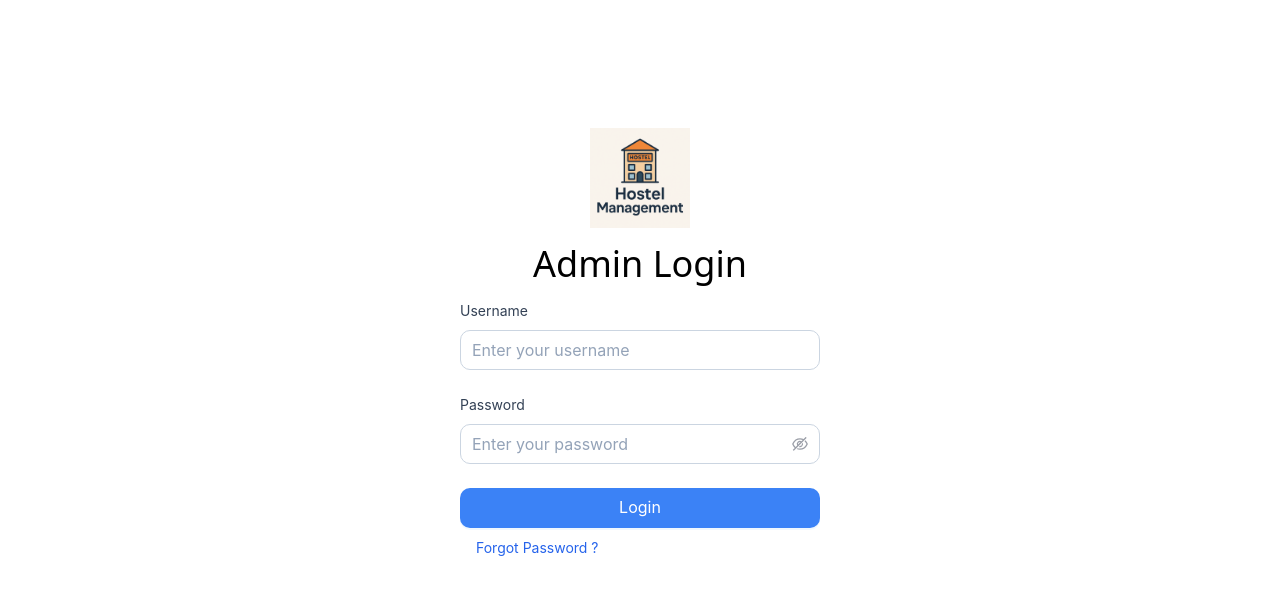
Repository: sujal984/Hostel-Management-System
Page: /Admin/login (app in frontend/)
An editor plug-in stored every save of this project. The page is shown before and after the next save, followed by the edit.
The browser window is 1280 px wide. The pictures show the whole page.
The project was rebuilt for these pictures with package versions that can differ from the ones it lists, and the page was loaded fresh each time. Also part of the build but not shown: frontend/vite.config.js, frontend/src/components/ProtectedRoute.jsx, frontend/src/components/Acceptedapplication.jsx, frontend/src/components/AdminDashboard.jsx, frontend/src/components/StepForms.jsx, frontend/src/components/ApplicationForm.jsx, frontend/src/components/TrackStatus.jsx, frontend/src/components/Temporary.jsx and 3 more.

Above is the page before, as saved 2025-08-02 17:23:32.

### frontend/index.html
<!DOCTYPE html>
<html lang="en">
  <head>
    <meta charset="UTF-8" />
    <link
      rel="icon"
      type="image/svg+xml"
      href="/ChatGPT Image May 22, 2025, 12_02_14 PM.png"
    />
    <meta name="viewport" content="width=device-width, initial-scale=1.0" />
    <title>Hostel Management</title>
  </head>
  <body>
    <div id="root"></div>
    <script type="module" src="/src/main.jsx"></script>
  </body>
</html>

### frontend/src/main.jsx
import { createRoot } from "react-dom/client";
import { FormProvider } from "./components/FormContext.jsx";
import theme from "./theme.json";
import { ConfigProvider } from "antd";
import "./index.css";
import App from "./App.jsx";
import { BrowserRouter } from "react-router-dom";
import "@ant-design/v5-patch-for-react-19";
createRoot(document.getElementById("root")).render(
  <BrowserRouter>
    <ConfigProvider theme={theme}>
      <FormProvider>
        <App />
      </FormProvider>
    </ConfigProvider>
  </BrowserRouter>
);

### frontend/src/components/FormContext.jsx
// src/context/FormContext.jsx
import { createContext, useContext, useState } from "react";

const FormContext = createContext();

export const useFormContext = () => useContext(FormContext);

export const FormProvider = ({ children }) => {
  const [formData, setFormData] = useState({});
  const resetForm = () => setFormData({});

  return (
    <FormContext.Provider value={{ formData, setFormData, resetForm }}>
      {children}
    </FormContext.Provider>
  );
};

### frontend/src/theme.json
{
  "token": {
    "colorPrimary": "#3b82f6",
    "colorInfo": "#2563eb",
    "colorSuccess": "#22c55e",
    "colorWarning": "#facc15",
    "colorError": "#ef4444",

    "colorTextBase": "#1e293b",
    "colorBgBase": "#f8fafc",
    "colorBgContainer": "#ffffff",

    "fontFamily": "Inter, -apple-system, BlinkMacSystemFont, Segoe UI, Roboto, Helvetica Neue, Arial, sans-serif",
    "fontSize": 14,

    "borderRadius": 8,
    "colorBorder": "#e2e8f0",
    "colorTextPlaceholder": "#94a3b8"
  },

  "components": {
    "Button": {
      "controlHeight": 40,
      "colorPrimaryHover": "#2563eb",
      "colorPrimaryActive": "#1d4ed8"
    },
    "Table": {
      "colorBgContainer": "#ffffff",
      "colorBorderSecondary": "#e5e7eb",
      "headerBg": "#f1f5f9",
      "headerColor": "#0f172a"
    },
    "Form": {
      "labelColor": "#334155",
      "colorText": "#1e293b"
    },
    "Input": {
      "controlHeight": 50,
      "paddingInline": 16,
      "paddingBlock": 10,
      "borderRadius": 10,
      "colorBgContainer": "#ffffff",
      "colorBorder": "#cbd5e1",
      "colorText": "#0f172a"
    },
    "Steps": {
      "colorPrimary": "#3b82f6",
      "colorSplit": "#e2e8f0"
    },
    "Result": {
      "titleFontSize": 24,
      "subtitleFontSize": 16,
      "colorText": "#334155"
    },
    "Link": {
      "colorText": "#2563eb",
      "colorTextHover": "#1d4ed8",
      "colorTextActive": "#1e40af"
    },
    "Card": {
      "colorBgContainer": "#ffffff",
      "boxShadow": "0 4px 12px rgba(0, 0, 0, 0.05)",
      "borderRadius": 12,
      "padding": 24,
      "headerFontSize": 18,
      "colorTextHeading": "#0f172a"
    }
  }
}

### frontend/src/index.css
* {
  margin: 0;
  padding: 0;
}
@import "tailwindcss";

### frontend/src/App.jsx
import ProtectedRoute from "./components/ProtectedRoute";

import { WithHelmet } from "./helper/WithHelmet";
import { Routes, Route, Navigate } from "react-router-dom";
import { ROUTES } from "./constant/ROUTE";
import Page404 from "./components/Page404";
// import "./App.css";

function App() {
  const isAdminLoggedIn = localStorage.getItem("admin_logged_in") === "true";

  return (
    <Routes>
      {Object.values(ROUTES).map((route) => {
        const withHelmetComponent = WithHelmet(route.component, route.title);
        const Component = withHelmetComponent;

        // console.log(route.title);

        if (route.path === "/Admin/login") {
          // If logged in and on /Admin/login, redirect manually to dashboard
          if (isAdminLoggedIn) {
            return (
              <Route
                key={route.path}
                path={route.path}
                element={<Navigate to="/Admin/dashboard" replace />}
              />
            );
          } else {
            return (
              <Route
                key={route.path}
                path={route.path}
                element={<Component title={route.title} />}
              />
            );
          }
        }

        if (
          route.path === "/Admin/dashboard" ||
          (route.path.startsWith("/Admin/") && route.path !== "/Admin/login")
        ) {
          return (
            <Route
              key={route.path}
              path={route.path}
              element={
                <ProtectedRoute>
                  <Component title={route.title} />
                </ProtectedRoute>
              }
            />
          );
        }

        return (
          <Route
            key={route.path}
            path={route.path}
            element={<Component title={route.title} />}
          />
        );
      })}

      <Route path="*" element={<Page404 />} />
    </Routes>
  );
}

export default App;

### frontend/src/helper/WithHelmet.jsx
import { Helmet } from "react-helmet";

// Higher-Order Component with Helmet
export function WithHelmet(Component, title) {
  return function WrappedComponent(props) {
    return (
      <>
        <Helmet>
          <title>{title}</title>
        </Helmet>
        <Component {...props} />
      </>
    );
  };
}

### frontend/src/constant/ROUTE.js
import AcceptedApplication from "../components/Acceptedapplication";
import AdminDashboard from "../components/AdminDashboard";
import AdminLogin from "../components/AdminLogin";
import ApplicationForm from "../components/ApplicationForm";
import TrackStatus from "../components/TrackStatus";
import Temporary from "../components/Temporary";
import ApplicationDetail from "../components/ApplicationDetail";
import ForgotPassword from "../components/ForgotPassword";

export const ROUTES = {
  ApplicationForm: {
    path: "/",
    component: ApplicationForm,
    title: "Application Form",
    heading: "Application Form",
  },
  AdminLogin: {
    path: "/Admin/login",
    component: AdminLogin,
    title: "Admin Login",
    heading: "Admin Login",
    description: "Its a  admin login page",
  },
  ForgotPassword: {
    path: "/Admin/forgot",
    component: ForgotPassword,
    title: "Forgot Password",
  },
  Tracking: {
    path: "/User/Application/status",
    component: TrackStatus,
    title: "Application Tracking",
    heading: "Application Tracking",
  },

  Admin_Dashborad: {
    path: "/Admin/dashboard",
    component: AdminDashboard,
    title: "Admin Dashboard",
    heading: "Admin Dashboard",
  },
  Accepted_Applications: {
    path: "/Admin/accepted-applications",
    component: AcceptedApplication,
    title: "Accepted Applications",
    heading: "Accepted Applications",
  },
  Application_Detail: {
    path: `/Admin/Application/detail/:id`,
    component: ApplicationDetail,
    title: "Application Detail",
    heading: "Application Detail",
  },
  Temporary: {
    path: "/temporary",
    component: Temporary,
    title: "Temporary",
    heading: "Temporary",
  },
};

### frontend/src/components/AdminLogin.jsx
import { Button, Form, Card, Typography, message } from "antd";
import FormItem from "antd/es/form/FormItem";
import Input from "antd/es/input/Input";
import { useState, useEffect } from "react";
import { Result } from "antd";

import { Endpoint } from "../constant/Endpoint";
import axios from "axios";
import { useNavigate } from "react-router-dom";
import { ROUTES } from "../constant/ROUTE";

function AdminLogin() {
  const [showResult, setShowResult] = useState(false);
  const [form] = Form.useForm();
  const navigate = useNavigate();
  useEffect(() => {
    if (localStorage.getItem("admin_logged_in") === "true") {
      navigate("/Admin/dashboard");
    }
  }, [navigate]);
  const handleLogin = async (values) => {
    console.log("run");
    try {
      const response = await axios.post(
        `${import.meta.env.VITE_API_URL}${Endpoint.adminlogin}`,
        {
          User_Name: values.User_Name,
          Password: values.Password,
        }
      );
      if (response.data && response.data.message === "Login successful") {
        message.success("Login successful");
        localStorage.setItem("admin_logged_in", "true");
        navigate("/Admin/dashboard");
      } else {
        setShowResult(true);

        localStorage.removeItem("admin_logged_in");
      }
    } catch (error) {
      setShowResult(true);
      console.log(error);
      localStorage.removeItem("admin_logged_in");
    }
  };
  const handleTryAgain = () => {
    setShowResult(false);
    form.resetFields();
  };
  return (
    <>
      <div className="h-screen flex justify-center items-center ">
        <div className=" md:min-w-[400px] !p-5">
          {showResult ? (
            <Result
              status="error"
              title="Login Failed"
              subTitle="Invalid username or password."
              extra={[
                <Button type="primary" key="tryagain" onClick={handleTryAgain}>
                  Try Again
                </Button>,
              ]}
            />
          ) : (
            <>
              <div className="flex justify-center">
                <img
                  src="/ChatGPT Image May 22, 2025, 12_02_14 PM.png"
                  className="w-[100px] h-[100px]"
                />
              </div>
              <h1 className="text-4xl text-center font-medium !m-4">
                Admin Login
              </h1>
              <Form
                layout="vertical"
                onFinish={handleLogin}
                requiredMark={false}
                form={form}
              >
                <FormItem
                  label="Username"
                  name="User_Name"
                  rules={[
                    { required: true, message: "Please Enter Your Username" },
                  ]}
                >
                  <Input placeholder="Enter your username" size="large" />
                </FormItem>
                <FormItem
                  label="Password"
                  name="Password"
                  rules={[
                    { required: true, message: "Please Enter Your Password" },
                  ]}
                >
                  <Input.Password
                    placeholder="Enter your password"
                    size="large"
                  />
                </FormItem>
                <FormItem className="!relative">
                  <Button
                    htmlType="submit"
                    type="primary"
                    size="large"
                    className="!w-full"
                  >
                    Login
                  </Button>
                  <Button
                    type="link"
                    href={ROUTES.ForgotPassword}
                    className="!text-end"
                  >
                    Forgot Password ?
                  </Button>
                </FormItem>
              </Form>
            </>
          )}
        </div>
      </div>
    </>
  );
}

export default AdminLogin;

### frontend/src/constant/Endpoint.js
export const Endpoint = {
  submitapplication: "/submit-application/",
  fetchapplications: "/fetch-applications/",
  deleteapplication: "/delete-application/",
  acceptedapplications: "/fetch-accepted-applications/",
  trackStatus: "/get-status/",
  roomallocation: "/allocate-room/",
  applicationupdatestatus: "/update-status/",
  availablerooms: "/available-rooms/",
  adminlogin: "/login/",
  applicationdetail: "/application",
};

After the next save:
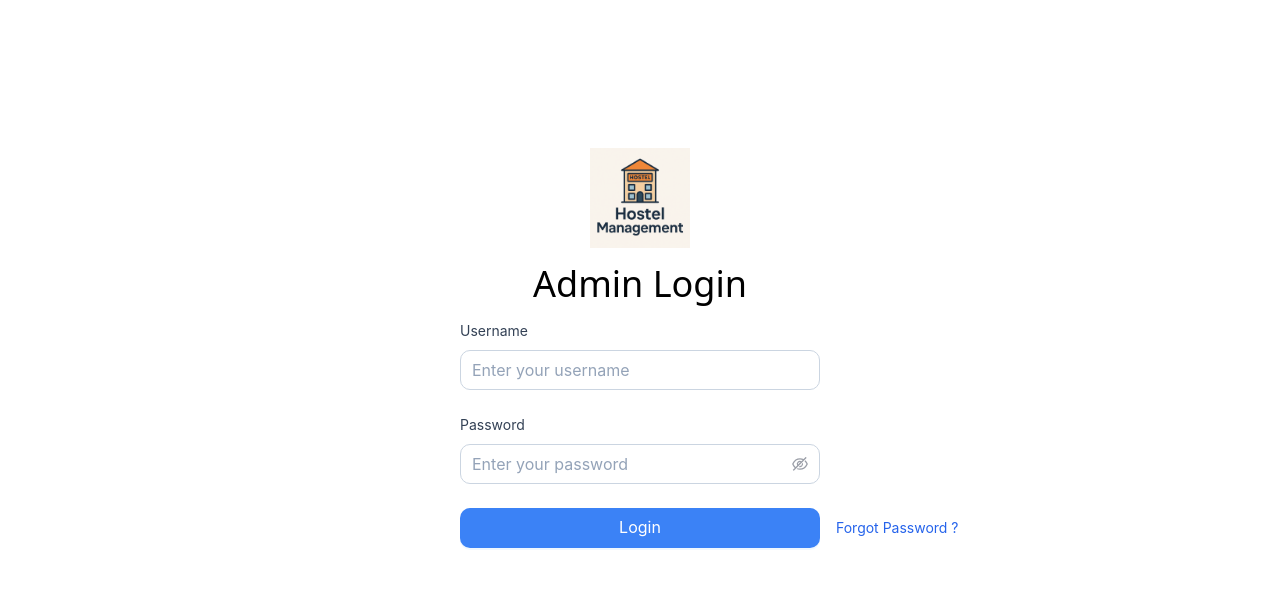
Saved 13 s later.
--- a/frontend/src/components/AdminLogin.jsx
+++ b/frontend/src/components/AdminLogin.jsx
@@ -112,7 +112,7 @@ function AdminLogin() {
                   <Button
                     type="link"
                     href={ROUTES.ForgotPassword}
-                    className="!text-end"
+                    className="!absolute"
                   >
                     Forgot Password ?
                   </Button>
